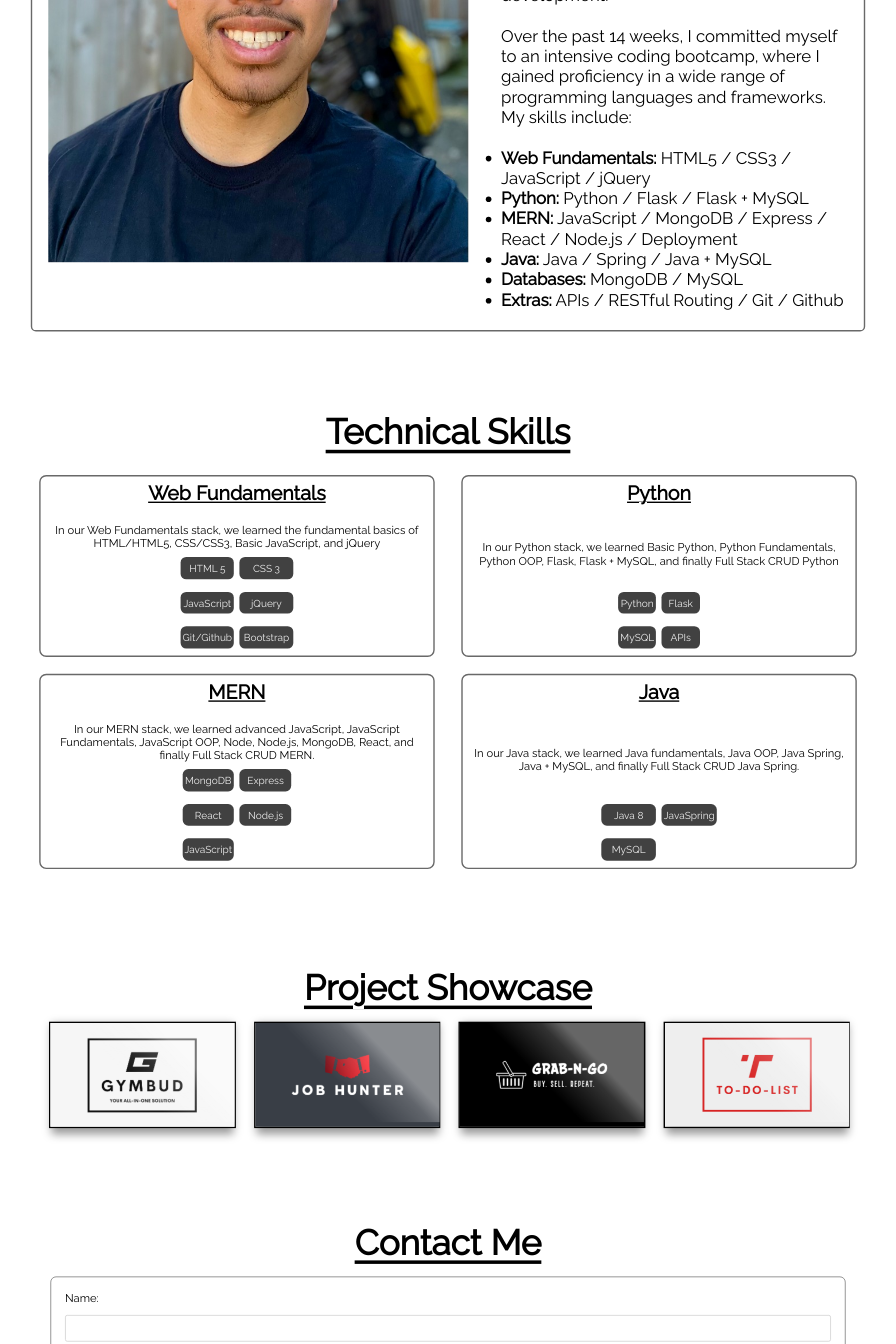
Repository: RICHIE-YIN/Personal-Portfolio
Page: index.html
An editor plug-in stored every save of this project. The page is shown before and after the next save, followed by the edit.
The browser window is 1280 px wide. The pictures show the part of the page from y = 1461 to 3381 px (the page is 3788 px tall), at 70% of full size.
Some web fonts or font styles are not loaded; a fallback is used.

Above is the page before, as saved 2023-06-12 16:25:48.
Console error: ReferenceError: $ is not defined

After the next save:
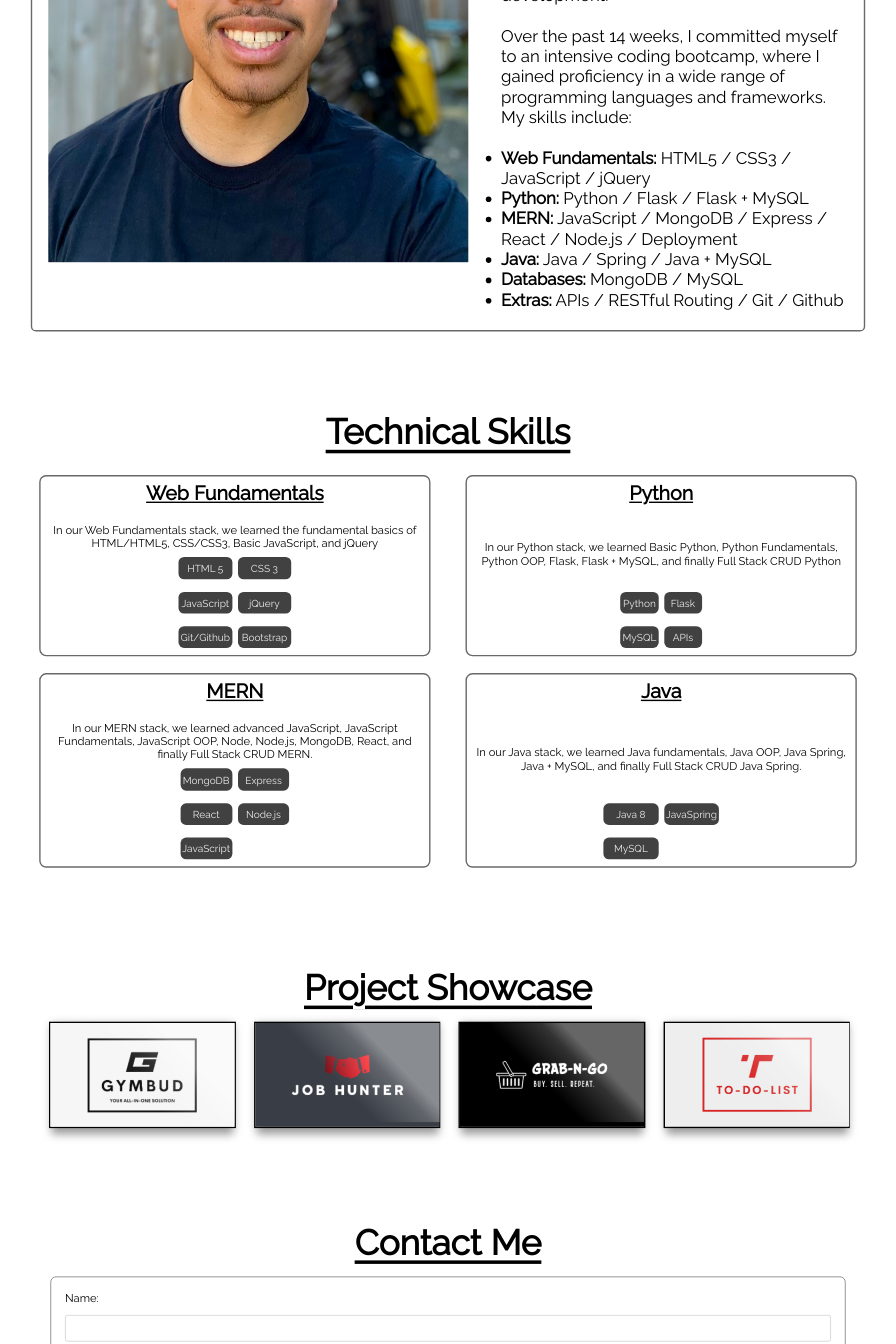
Saved 5 s later.
--- a/styles.css
+++ b/styles.css
@@ -235,22 +235,22 @@ display: none;
 
 .skills-section .card.card1 {
     /* background: linear-gradient(135deg, #F0F2F5 0%, #D9DBE1 100%); */
-    width: 48%;
+    width: 47.5%;
 }
 
 .skills-section .card.card2 {
     /* background: linear-gradient(135deg, #D9DBE1 0%, #BEC1C9 100%); */
-    width: 48%;
+    width: 47.5%;
 }
 
 .skills-section .card.card3 {
     /* background: linear-gradient(135deg, #F0F2F5 0%, #BEC1C9 100%); */
-    width: 48%;
+    width: 47.5%;
 }
 
 .skills-section .card.card4 {
     /* background: linear-gradient(135deg, #BEC1C9 0%, #F0F2F5 100%); */
-    width: 48%;
+    width: 47.5%;
 }
 
 
